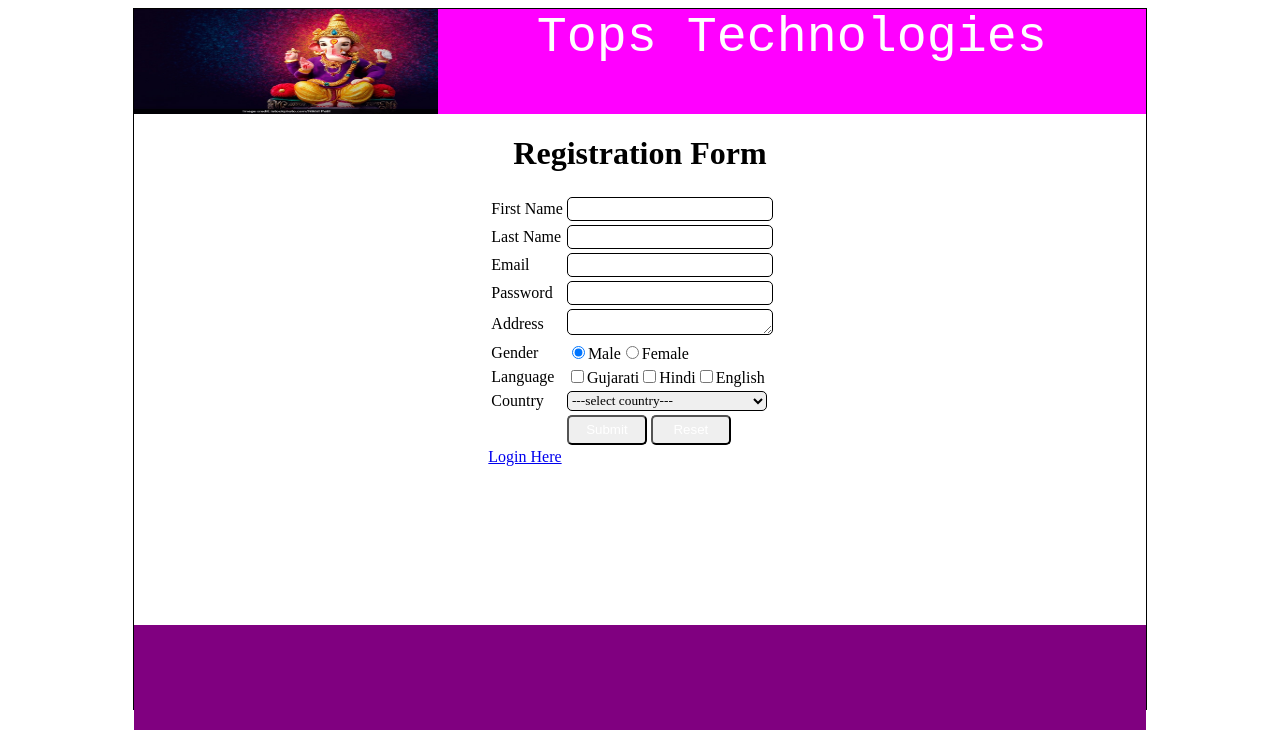
Repository: Laxman877/MyWorkspace
Page: Corejava/Learning_Web/src/main/webapp/division.html
These files come from the project's save history. The page is drawn as it stood at one moment and after the next save; the edit follows.
The browser window is 1280 px wide. The pictures show the whole page.

Above is the page before, as saved 2022-04-27 05:46:58.

### Corejava/Learning_Web/src/main/webapp/division.html
<!DOCTYPE html>
<html>
<head>
<meta charset="ISO-8859-1">
<title>Learn Div</title>
<link href="css/style1.css" rel="stylesheet">
</head>
<body>
<div id="container">
<div id="header">
<div id="logo">
<img alt="" src="image/ganpati bappa.jpg" height="100%" width="100%">
</div>
<div id="title">Tops Technologies</div>
</div>
<div id="main">
<h1 align="center">Registration Form</h1>
<form action="success.html" method="post">
<table>

<tr>
<td><label>First Name</label></td>
<td><input type="text" name="fname" class="textfield"></td>
</tr>

<tr>
<td><label>Last Name</label></td>
<td><input type="text" name="lname" class="textfield"></td>
</tr>

<tr>
<td><label>Email</label></td>
<td><input type="text" name="email" class="textfield"></td>
</tr>

<tr>
<td><label>Password</label></td>
<td><input type="text" name="pass" class="textfield"></td>
</tr>

<tr>
<td><label>Address</label></td>
<td><textarea rows="2" cols="20" name="adr" class="textfield"></textarea></td>
</tr>

<tr>
<td><label>Gender</label></td>
<td><input type="radio" name="gender" checked="checked">Male<input type="radio" name="gender">Female</td>
</tr>

<tr>
<td><label>Language</label></td>
<td><input type="checkbox">Gujarati<input type="checkbox">Hindi<input type="checkbox">English</td>
</tr>

<tr>
<td><label>Country</label></td>
<td><select class="textfield"><option>---select country---</option>
<option>India</option>
<option>USA</option>
<option>UK</option>
</select></td>
</tr>

<tr>
<td></td>
<td><input type="submit" class="btn btn-smt">
<input type="reset" class="btn btn-rst"></td>
</tr>

</table>

<a href="Home.html">Login Here</a>
</form>
</div>
<div id="footer"></div>
</div>
</body>
</html>

### Corejava/Learning_Web/src/main/webapp/css/style1.css
@charset "ISO-8859-1";

#container
{
	width: 80%;
	height: 700px;
	border: 1px	solid black;
	margin: auto;
}
#header
{
	height: 15%;
	background-color: purple;
}
#logo
{
	width: 30%;
	background-color: lime;
	height: 100%;
	float: left;
}
#title
{
	width: 70%;
	background-color: fuchsia;
	height: 100%;
	float: right;
	font-size: 50px;
	text-align: center;
	color: white;
	font-family: monospace;
}
#main
{
	height: 70%;
}
#footer
{
	height: 15%;
	background-color: purple;
}
form
{
	width: 30%;
	margin: auto;
}
.textfield
{
	width: 200px;
	height: 20px;
	border: 1px solid black;
	border-radius: 5px 5px 5px 5px;
	font-family: serif;
}
.btn
{
	width: 80px;
	height: 30px;
	border-radius: 5px 5px 5px 5px;
	color: white;
}

After the next save:
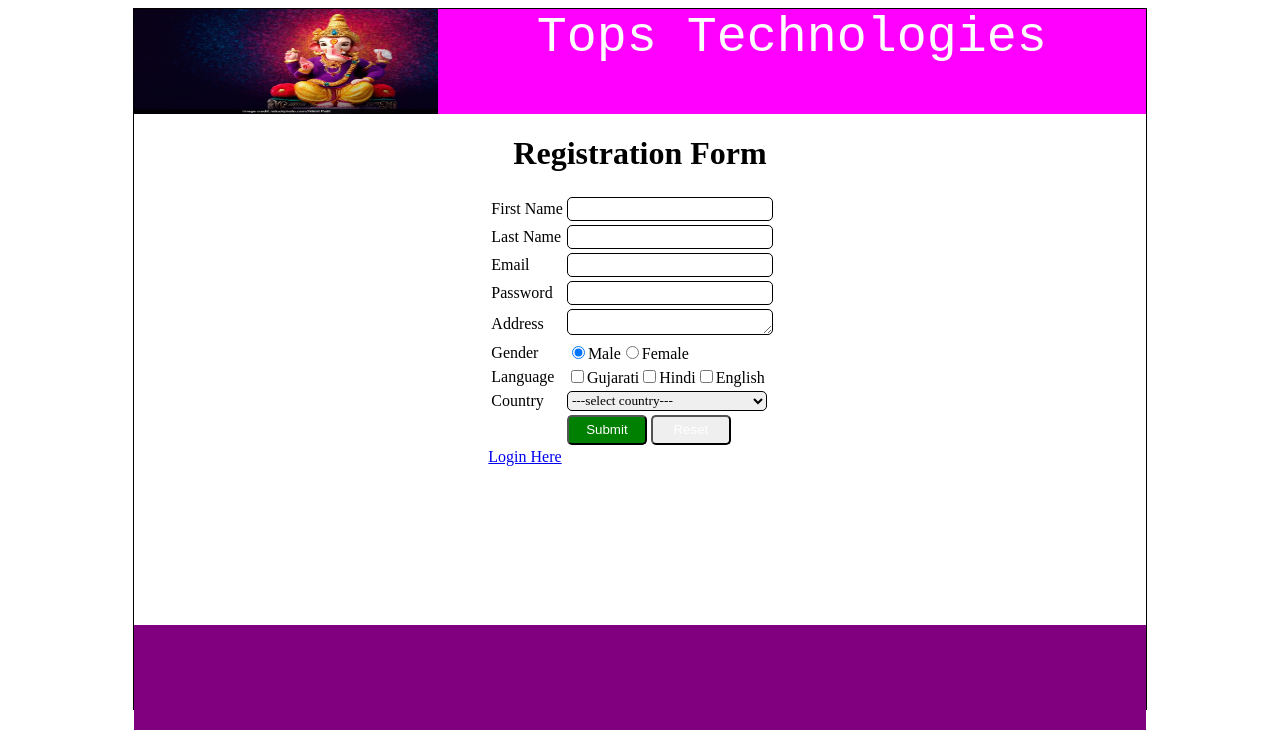
Saved 72 s later.
--- a/Corejava/Learning_Web/src/main/webapp/css/style1.css
+++ b/Corejava/Learning_Web/src/main/webapp/css/style1.css
@@ -59,3 +59,7 @@ form
 	border-radius: 5px 5px 5px 5px;
 	color: white;
 }
+.btn-smt
+{
+	background-color: green;
+}
